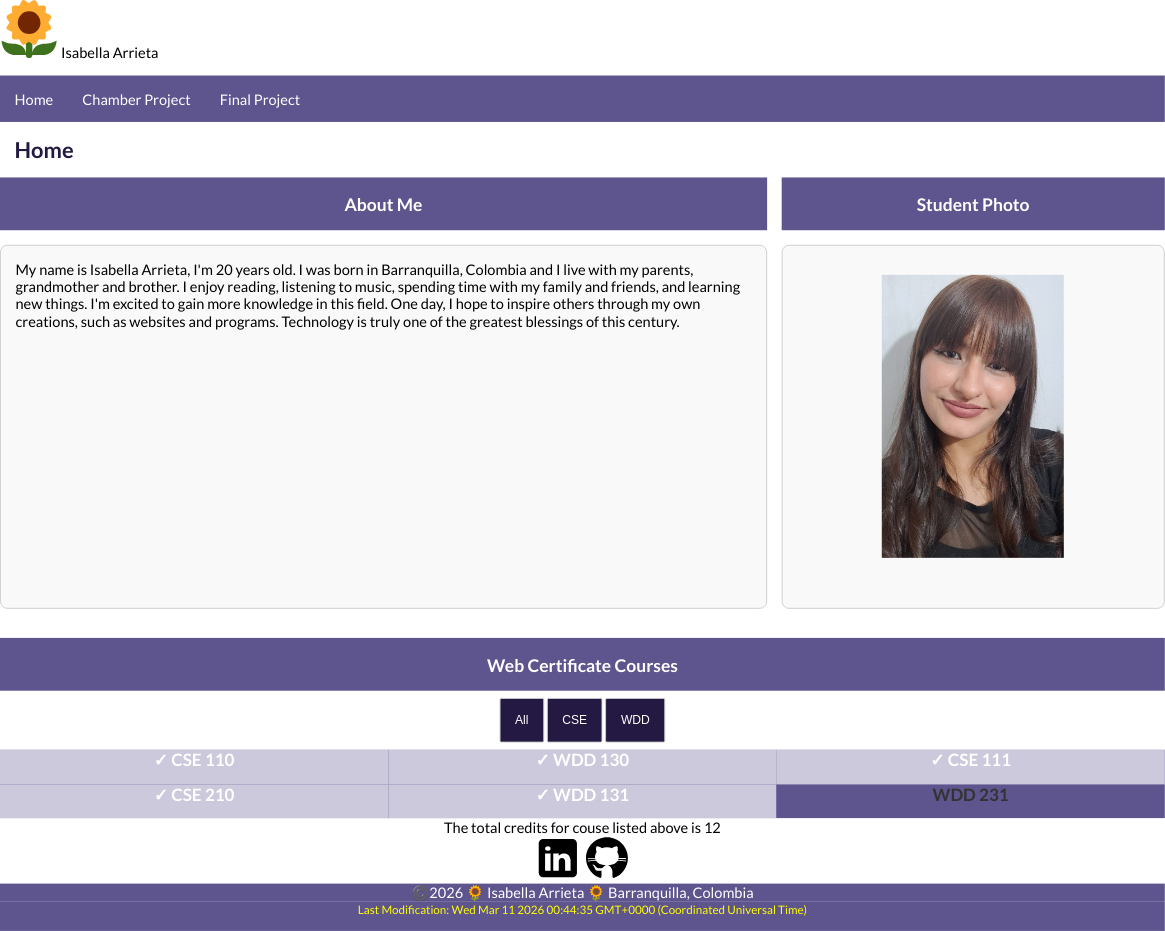
Repository: isaAJ05/wdd231
Page: index.html
These files come from the project's save history. The page is drawn as it stood at one moment and after a run of saves; the edit follows.
The browser window is 1280 px wide. The pictures show the whole page, at 91% of full size.
Some web fonts or font styles are not loaded; a fallback is used.

Above is the page before, as saved 2026-03-11 01:12:16.

### index.html
<!DOCTYPE html>
<html lang="en">
<head>
    <meta charset="UTF-8">
    <meta name="viewport" content="width=device-width, initial-scale=1.0">
    <title>WDD 231 – Web Frontend Development I – Isabella Arrieta</title>
    <meta name="description" content="WDD 231 – Web Frontend Development I Isabella Arrieta, This is a page about me">
    <meta name="author" content="Isabella Arrieta">
    <link rel="stylesheet" href="styles/normalize.css">
    <link rel="preconnect" href="https://fonts.googleapis.com">
    <link rel="preconnect" href="https://fonts.gstatic.com" crossorigin>
    <link href="https://fonts.googleapis.com/css2?family=Lato:ital,wght@0,100;0,300;0,400;0,700;0,900;1,100;1,300;1,400;1,700;1,900&family=Open+Sans:ital,wght@0,300..800;1,300..800&family=Play:wght@400;700&family=Raleway:ital,wght@0,100..900;1,100..900&display=swap" rel="stylesheet">
    <script src="scripts/getdates.js" defer></script>
    <script src="scripts/hamburguer.js" defer></script>
    <script src="scripts/courses.js" defer></script>
</head>
<body>
    <header>
        <div class="title">
            <img src="images/sunflower-svgrepo-com.svg" alt="Isabella Arrieta logo">
            <span>Isabella Arrieta</span>
        </div>
        <button id="menu" aria-label="Open menu"></button>
        <nav>
            <ul class="navigation">
			<li><a href="index.html">Home</a></li>
			<li><a href="#" class="chamber">Chamber Project</a></li>
			<li><a href="#" class="final">Final Project</a></li>
		</ul>
        </nav>
    </header>
    <main>
        <h1>Home</h1>
        <section>
         <div class="rectangle">
            <h2>About Me</h2>
            </div>
        <div class="card">
            <p>My name is Isabella Arrieta, I'm 20 years old. I was born in Barranquilla, Colombia and I live with my parents, grandmother and brother. I enjoy reading, listening to music, spending time with my family and friends, and learning new things. I'm excited to gain more knowledge in this field. One day, I hope to inspire others through my own creations, such as websites and programs. Technology is truly one of the greatest blessings of this century.</p>
        </div>
        </section>
        <section>
            <div class="rectangle">
                <h2>Student Photo</h2>
            </div>
            <div class="card">
                <img src="images/isa.jpg" alt="Isabella Arrieta picture">
            </div>
        </section>
        <section>
            <div class="rectangle">
                <h2>Web Certificate Courses</h2>
            </div>
            <div class="course-buttons">
                <button id="all">All</button>
                <button id="cse">CSE</button>
                <button id="wdd">WDD</button>
            </div>
            <div id="courses"></div>
            <p>The total credits for couse listed above is <span id="totalCredits"></span></p>

        </section>
    </main>
    <footer>
        <div class ="icons">
                <a href="https://www.linkedin.com/in/isabella-arrieta/" target="_blank"><img src="images/icons8-linkedin.svg" alt="LinkedIn icon"></a>
                <a href="https://github.com/isaaj05" target="_blank"><img src="images/icons8-github.svg" alt="GitHub icon"></a>
        </div>
        <p>
            ©️<span id="currentyear"></span> 🌻 Isabella Arrieta 🌻 Barranquilla, Colombia
        </p>
        <p class="last-modified">
            <span id="lastModified"></span>
        </p>
    </footer>

</body>
</html>

### styles/normalize.css
:root {
    --primary-color: #231942;
    --secondary-color: #5e548e;
    --font: "Lato", sans-serif;
}
* {
	margin: 0;
	padding: 0;
	box-sizing: border-box;
}
body{
	font-family: var(--font);
}
h1 {
	text-align: left;
	color: var(--primary-color);
	font-size: 1.5rem;
	margin-left: 1rem;
	position: left;
}

h2 {
	font-size: 1.2rem;
	color: #fff;
	text-align: center;
	margin: 1rem;
	}
header {
    position: relative;

}
nav {
	margin: 1rem auto;
}

/* small view navigation */
#menu {
	font-size: 1.5rem;
	border: 0;
	background: none;
	color: #000;
 	position: absolute;
  top: 1rem;
	right: 1rem;
}

#menu::before {
	content: "☰";
}

#menu.open::before {
	content: "✖️";
}

.navigation {
	display: flex;
	flex-direction: column;
	list-style: none;
	background-color: var(--secondary-color);
	color: #fff;
}

.navigation a {
	display: none;
	padding: 1rem;
	text-align: center;
	text-decoration: none;
	color: #fff;
}
.navigation a:hover {
	background-color: #bbb;
	color: #333;
	font-weight: 700;
}

/* when the button is clicked - the open class is toggled (added/removed) */
.open a {
	display: block;
}

.active::before {
	content: "📍";  /* just a wayfinding symbol for the user */
}

.card {
	border: 1px solid #ccc;
	border-radius: 8px;
	padding: 1rem;
	margin: 1rem auto;
	height: 400px;
	background-color: #f9f9f9;
}


.rectangle{
	padding: 0.1rem;
	background-color: var(--secondary-color);

}

.card img{
	width: 200px;
	height: auto;
	display: block;
	margin: 1rem auto;
}
#all, #cse , #wdd {
	background-color: var(--primary-color);
	color: #fff;
	cursor: pointer;
	border: 1px solid #ccc;
	border-radius: 2px;
	padding:  1rem;
	margin-top: 0.5rem;
	margin-bottom: 0.5rem;

}

#all:hover, #cse:hover , #wdd:hover {
	background-color: #ccc9dc;
    cursor: pointer;
	border: 1px solid gray;
	border-radius: 2px;
	color: #333;
	font-weight: 700;
}
#courses{
	display: grid;
	grid-template-columns: repeat(3, 1fr);
	background-color: var(--secondary-color);
	color: #333;
	font-weight: 700;
	height: 75px;
}
.completed{
	background-color: #ccc9dc;
	color: white;
}
footer {
    color:  #fff;
    text-align: center;
}
footer p {
    background: var(--secondary-color);
}
.last-modified {
    font-size: 0.8rem;
    color: yellow;
	padding-bottom: 1rem;
}

/* large view navigation ************************************/
@media (min-width: 37.5em) {

	 main {
        display: grid;
        grid-template-columns: 2fr 1fr;
        gap: 1rem;

    }

    main h1 {
        grid-column: 1 / -1;
    }

	main section:last-of-type {
    grid-column: 1 / -1;
	text-align: center;
    }

	#menu {
		display: none; /* hide hamburger button */
	}

	.navigation {
		flex-direction: row;
	}

	.navigation a {
		display: block;
		flex: 1 1 100%;
	}

}

### scripts/getdates.js
const year = document.querySelector("#currentyear");
const today = new Date();
year.innerHTML = `<span class="highlight">${today.getFullYear()}</span>`;
const lastMod = document.querySelector("#lastModified");
let oLastModif = new Date(document.lastModified);
lastMod.innerHTML = `Last Modification: <span class="highlight">${oLastModif}</span>`;

### scripts/hamburguer.js
const hamButton = document.querySelector('#menu');
const navigation = document.querySelector('.navigation');
const title = document.querySelector('.title');

hamButton.addEventListener('click', () => {
	navigation.classList.toggle('open');
    hamButton.classList.toggle('open');
    title.classList.toggle('open');
});

### scripts/courses.js
// here we select the elements we need to interact with
const courseContainer = document.querySelector("#courses"); // container for the course cards
const totalCredits = document.querySelector("#totalCredits"); // element to display total credits
// buttons to filter courses
const allBtn = document.querySelector("#all");
const cseBtn = document.querySelector("#cse");
const wddBtn = document.querySelector("#wdd");
// array given by the university with all the courses in the web certificate program
const courses = [
    {
        subject: 'CSE',
        number: 110,
        title: 'Introduction to Programming',
        credits: 2,
        certificate: 'Web and Computer Programming',
        description: 'This course will introduce students to programming. It will introduce the building blocks of programming languages (variables, decisions, calculations, loops, array, and input/output) and use them to solve problems.',
        technology: [
            'Python'
        ],
        completed: true
    },
    {
        subject: 'WDD',
        number: 130,
        title: 'Web Fundamentals',
        credits: 2,
        certificate: 'Web and Computer Programming',
        description: 'This course introduces students to the World Wide Web and to careers in web site design and development. The course is hands on with students actually participating in simple web designs and programming. It is anticipated that students who complete this course will understand the fields of web design and development and will have a good idea if they want to pursue this degree as a major.',
        technology: [
            'HTML',
            'CSS'
        ],
        completed: true
    },
    {
        subject: 'CSE',
        number: 111,
        title: 'Programming with Functions',
        credits: 2,
        certificate: 'Web and Computer Programming',
        description: 'CSE 111 students become more organized, efficient, and powerful computer programmers by learning to research and call functions written by others; to write, call , debug, and test their own functions; and to handle errors within functions. CSE 111 students write programs with functions to solve problems in many disciplines, including business, physical science, human performance, and humanities.',
        technology: [
            'Python'
        ],
        completed: true
    },
    {
        subject: 'CSE',
        number: 210,
        title: 'Programming with Classes',
        credits: 2,
        certificate: 'Web and Computer Programming',
        description: 'This course will introduce the notion of classes and objects. It will present encapsulation at a conceptual level. It will also work with inheritance and polymorphism.',
        technology: [
            'C#'
        ],
        completed: true
    },
    {
        subject: 'WDD',
        number: 131,
        title: 'Dynamic Web Fundamentals',
        credits: 2,
        certificate: 'Web and Computer Programming',
        description: 'This course builds on prior experience in Web Fundamentals and programming. Students will learn to create dynamic websites that use JavaScript to respond to events, update content, and create responsive user experiences.',
        technology: [
            'HTML',
            'CSS',
            'JavaScript'
        ],
        completed: true
    },
    {
        subject: 'WDD',
        number: 231,
        title: 'Frontend Web Development I',
        credits: 2,
        certificate: 'Web and Computer Programming',
        description: 'This course builds on prior experience with Dynamic Web Fundamentals and programming. Students will focus on user experience, accessibility, compliance, performance optimization, and basic API usage.',
        technology: [
            'HTML',
            'CSS',
            'JavaScript'
        ],
        completed: false
    }
]
// function to display the courses on the page
function displayCourses(courseList) {
    courseContainer.innerHTML = ""; // clear the container before adding new courses

    courseList.forEach(course => {
        const card = document.createElement("div"); // create a card for each course
        card.classList.add("course-card");

        if (course.completed) {
            card.classList.add("completed");// add a class to indicate the course is completed
        }

        card.innerHTML = `
            <h3>${course.completed ? '✓' : ''} ${course.subject} ${course.number}</h3>
        `;

        courseContainer.appendChild(card); // add the card to the container
    });

    calculateCredits(courseList);
}
function calculateCredits(courseList) {
    const total = courseList.reduce((sum, course) => sum + course.credits, 0); // calculate the total credits by summing the credits of all courses in the list
    totalCredits.textContent = total;
}

allBtn.addEventListener("click", () => {
    displayCourses(courses);
});

cseBtn.addEventListener("click", () => {
    const cseCourses = courses.filter(course => course.subject === "CSE");
    displayCourses(cseCourses);
});

wddBtn.addEventListener("click", () => {
    const wddCourses = courses.filter(course => course.subject === "WDD");
    displayCourses(wddCourses);
});

displayCourses(courses);

After the next 2 saves:
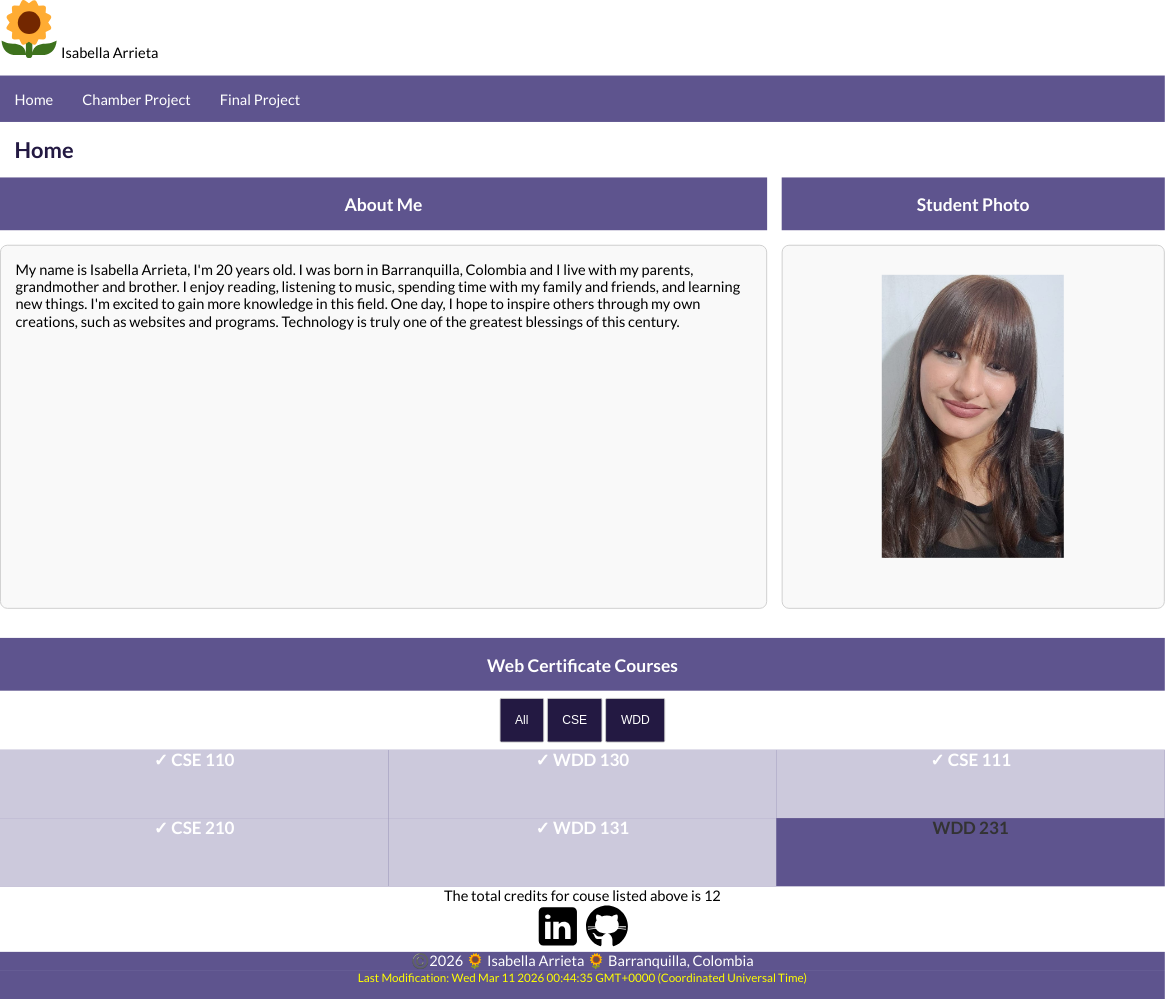
The 2 saves are shown as one change because they came seconds apart.
The last was saved 24 s later.
--- a/styles/normalize.css
+++ b/styles/normalize.css
@@ -129,12 +129,13 @@
 	grid-template-columns: repeat(3, 1fr);
 	background-color: var(--secondary-color);
 	color: #333;
-	font-weight: 700;
-	height: 75px;
 }
 .completed{
 	background-color: #ccc9dc;
 	color: white;
+
+	font-weight: 700;
+	height: 75px;
 }
 footer {
     color:  #fff;

After the 2 saves that followed:
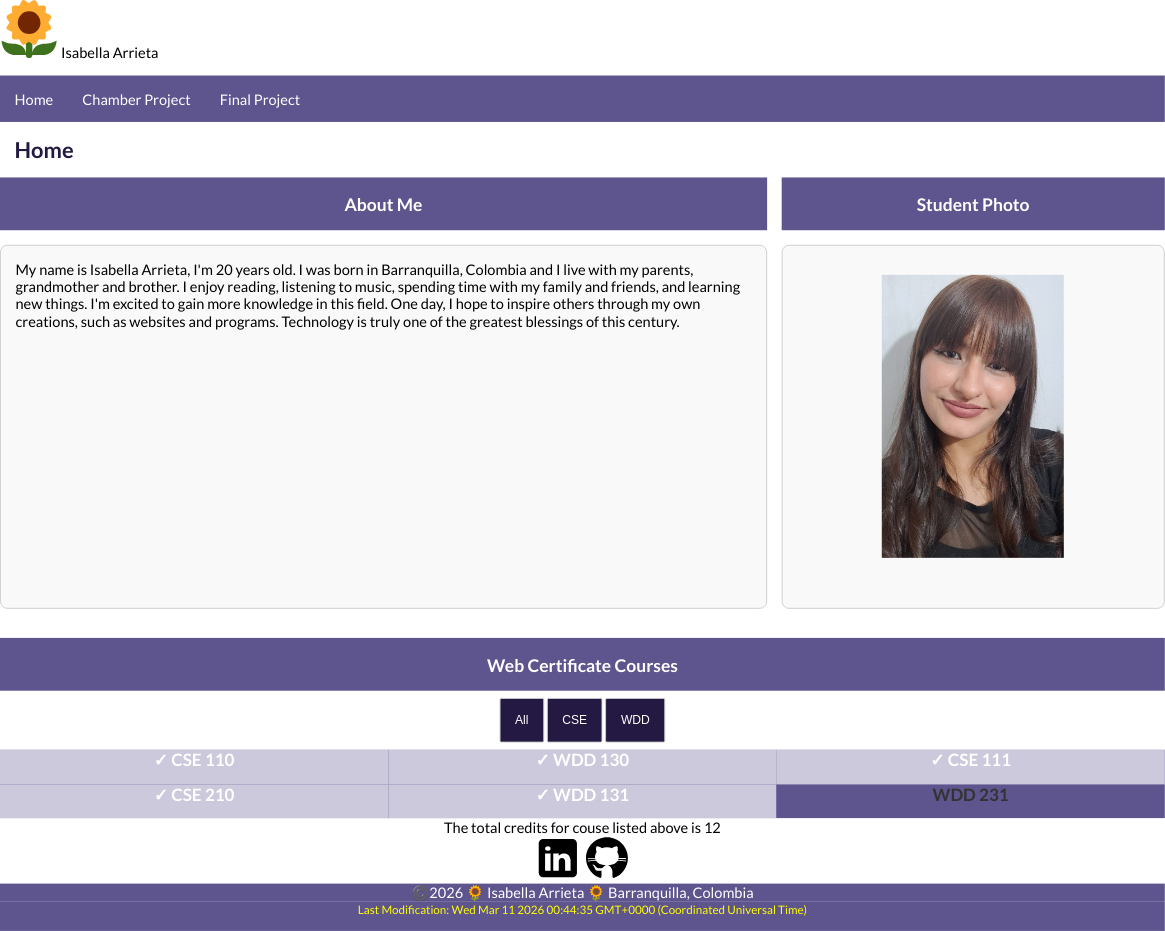
The 2 saves are shown as one change because they came seconds apart.
The last was saved 7 s later.
--- a/styles/normalize.css
+++ b/styles/normalize.css
@@ -129,13 +129,14 @@
 	grid-template-columns: repeat(3, 1fr);
 	background-color: var(--secondary-color);
 	color: #333;
+
+	height: 75px;
 }
 .completed{
 	background-color: #ccc9dc;
 	color: white;
 
 	font-weight: 700;
-	height: 75px;
 }
 footer {
     color:  #fff;
